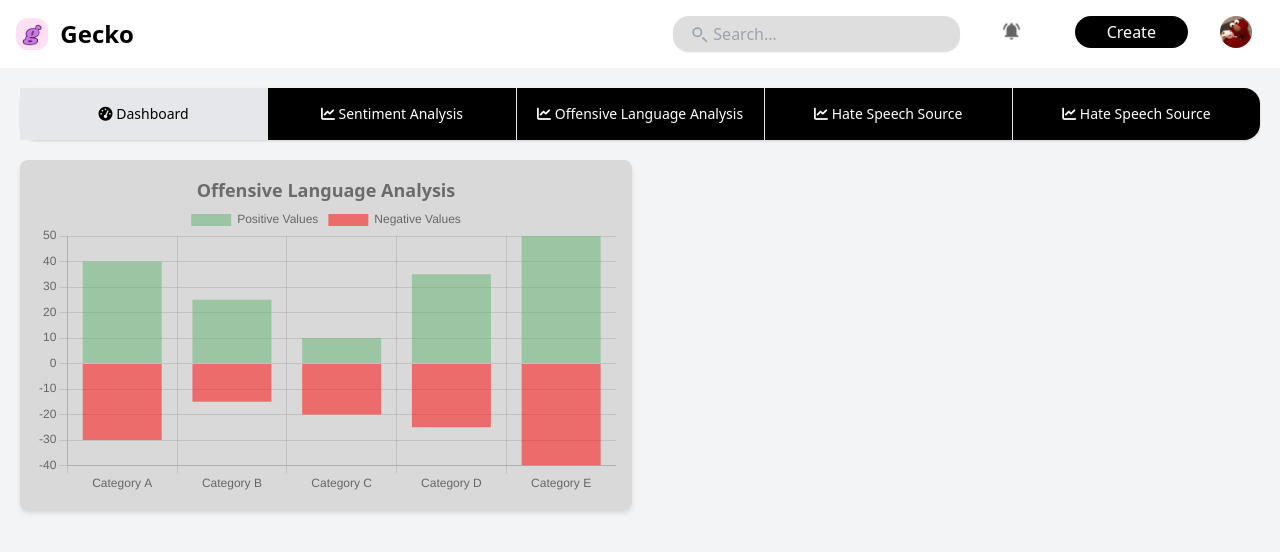
Repository: theamgri/thesis-website-nextjs
Page: OLA.html
The author's editor kept a copy of each file at every save. The page is drawn from the files as they stood at one save, then again after the next save.
The browser window is 1280 px wide. The pictures show the whole page.

Above is the page before, as saved 2023-10-07 10:22:32.

After the next save:
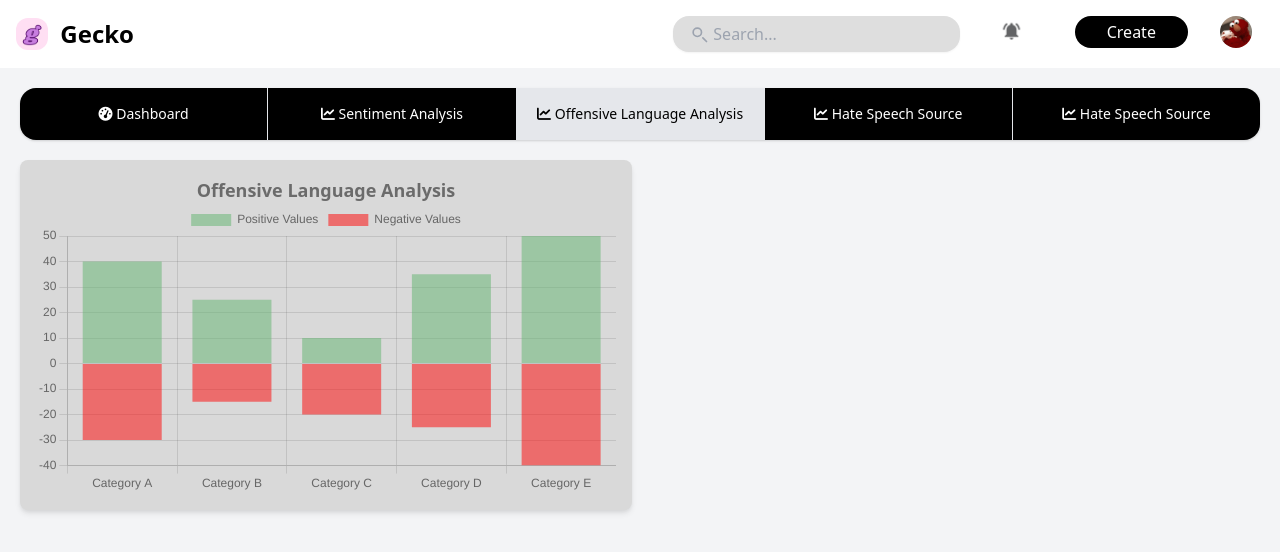
Saved 42 s later.
--- a/OLA.html
+++ b/OLA.html
@@ -92,7 +92,7 @@
   </div>
   <ul class="m-5 rounded-2xl drop-shadow-xl hidden text-sm font-medium text-center text-white divide-x divide-gray-200 rounded-lg shadow sm:flex bg-black dark:bg-gray-900 dark:divide-gray-700">
     <li class="w-full">
-        <a href="#" class="inline-block font-medium w-full p-4 text-black bg-gray-200 focus:ring-4 focus:ring-blue-300 focus:outline-none" aria-current="page">
+        <a href="#" class="inline-block font-medium w-full p-4 hover:text-white focus:ring-4 focus:ring-blue-300 focus:outline-none dark:hover:bg-gray-700" aria-current="page">
             <i class="fas fa-tachometer-alt"></i> Dashboard
         </a>
     </li>
@@ -116,7 +116,7 @@
         });
     </script>
     <li class="w-full">
-        <a id="offensivelang" href="#" class="inline-block font-medium w-full p-4 hover:text-white focus:ring-4 focus:ring-blue-300 focus:outline-none dark:hover:bg-gray-700">
+        <a id="offensivelang" href="#" class="inline-block font-medium w-full p-4 text-black bg-gray-200 focus:ring-4 focus:ring-blue-300 focus:outline-none">
             <i class="fas fa-chart-line"></i> Offensive Language Analysis
         </a>
     </li>
